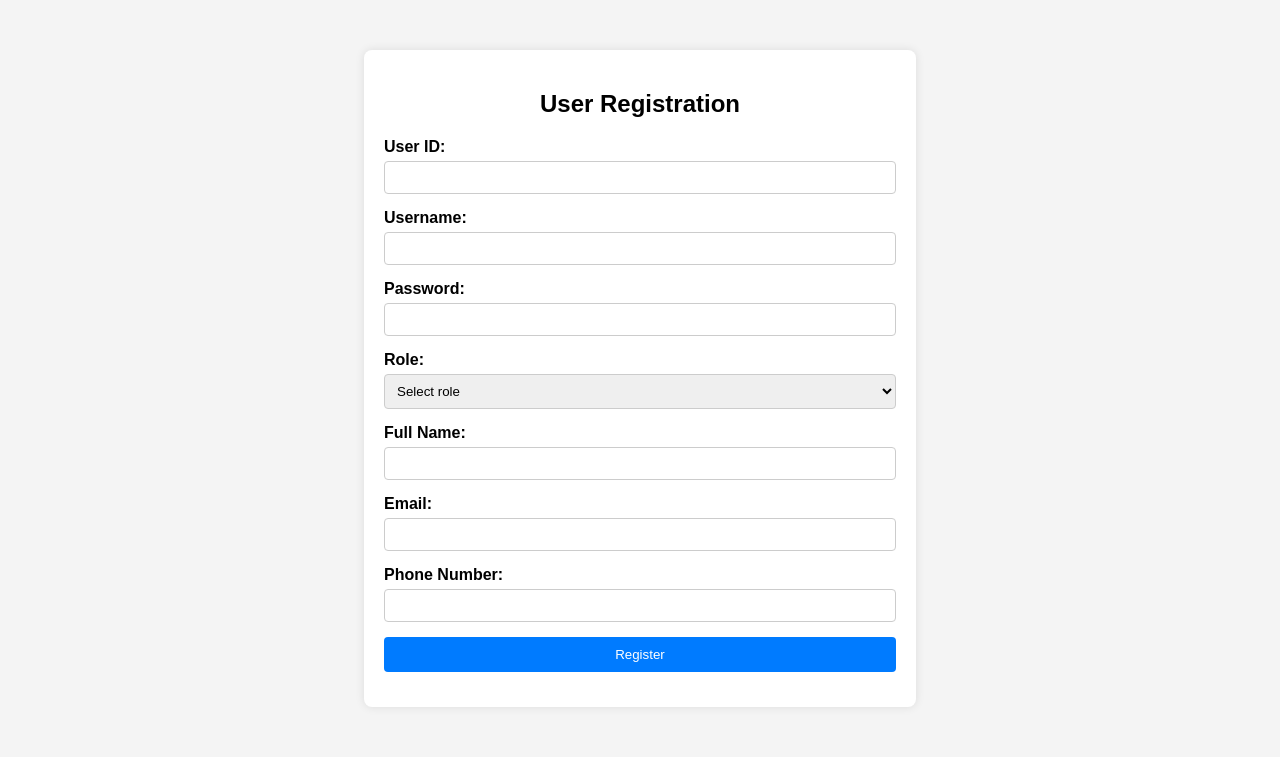
Repository: LokeshGundrathi/AssignmentLeucine
Page: AssignmentProjectLeucine/src/main/webapp/UserRegistrationForm.html
These files come from the project's save history. The page is drawn as it stood at one moment and after the next save; the edit follows.
The browser window is 1280 px wide. The pictures show the whole page.

Above is the page before, as saved 2024-09-27 14:53:46.

### AssignmentProjectLeucine/src/main/webapp/UserRegistrationForm.html
<!DOCTYPE html>
<html lang="en">
<head>
    <meta charset="UTF-8">
    <meta name="viewport" content="width=device-width, initial-scale=1.0">
    <title>User Registration Form</title>
    <style>
        body {
            font-family: Arial, sans-serif;
            background-color: #f4f4f4;
            margin: 0;
            padding: 0;
        }

        .container {
            width: 40%;
            margin: 50px auto;
            background-color: white;
            padding: 20px;
            border-radius: 8px;
            box-shadow: 0 0 10px rgba(0, 0, 0, 0.1);
        }

        h2 {
            text-align: center;
            margin-bottom: 20px;
        }

        .form-group {
            margin-bottom: 15px;
        }

        .form-group label {
            display: block;
            margin-bottom: 5px;
            font-weight: bold;
        }

        .form-group input,
        .form-group select {
            width: 100%;
            padding: 8px;
            box-sizing: border-box;
            border-radius: 4px;
            border: 1px solid #ccc;
        }

        .form-group input:focus,
        .form-group select:focus {
            border-color: #007bff;
        }

        .form-group input[type="submit"] {
            width: 100%;
            padding: 10px;
            background-color: #007bff;
            color: white;
            border: none;
            cursor: pointer;
        }

        .form-group input[type="submit"]:hover {
            background-color: #0056b3;
        }
    </style>
</head>
<body>
    <div class="container">
        <h2>User Registration</h2>
        <form action="user" method="GET">
            <div class="form-group">
                <label for="id">User ID:</label>
                <input type="text" id="id" name="id" required>
            </div>
            <div class="form-group">
                <label for="username">Username:</label>
                <input type="text" id="username" name="username" required>
            </div>
            <div class="form-group">
                <label for="password">Password:</label>
                <input type="password" id="password" name="password" required>
            </div>
            <div class="form-group">
                <label for="role">Role:</label>
                <select id="role" name="role" required>
                <option value="">Select role</option>
                    <option value="Student">Student</option>
                    <option value="FacultyMember">Faculty Member</option>
                    <option value="Administrator">Administrator</option>
                </select>
            </div>
            <div class="form-group">
                <label for="name">Full Name:</label>
                <input type="text" id="name" name="name" required>
            </div>
            <div class="form-group">
                <label for="email">Email:</label>
                <input type="email" id="email" name="email" required>
            </div>
            <div class="form-group">
                <label for="phone">Phone Number:</label>
                <input type="tel" id="phone" name="phone" required>
            </div>
            <div class="form-group">
                <input type="submit" value="Register">
            </div>
        </form>
    </div>
</body>
</html>

After the next save:
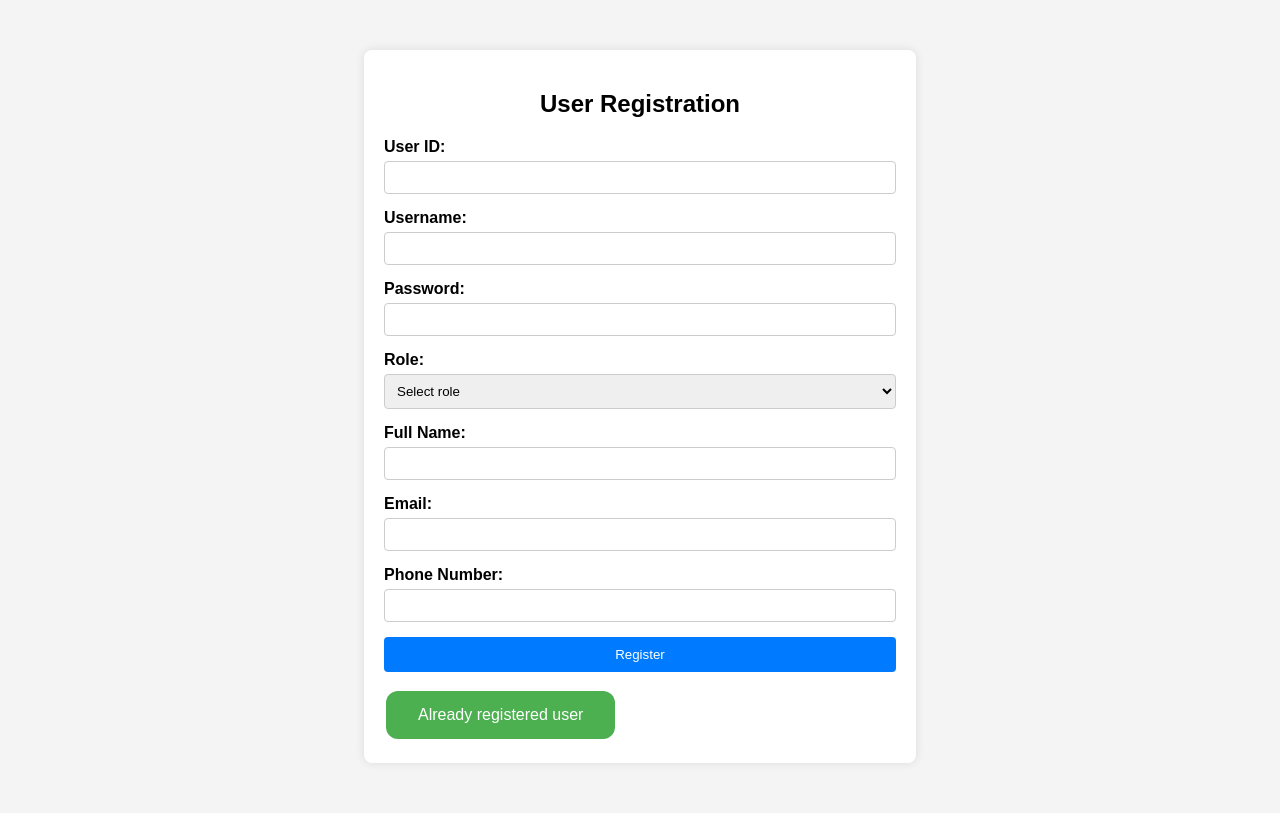
Saved 4 min 3 s later.
--- a/AssignmentProjectLeucine/src/main/webapp/UserRegistrationForm.html
+++ b/AssignmentProjectLeucine/src/main/webapp/UserRegistrationForm.html
@@ -62,7 +62,26 @@
         .form-group input[type="submit"]:hover {
             background-color: #0056b3;
         }
+
+        .button {
+            background-color: #4CAF50; /* Green background */
+            border: none; /* No border */
+            color: white; /* White text */
+            padding: 15px 32px; /* Padding around text */
+            text-align: center; /* Center text */
+            text-decoration: none; /* No underline */
+            display: inline-block; /* Inline element */
+            font-size: 16px; /* Text size */
+            margin: 4px 2px; /* Small margin */
+            cursor: pointer; /* Pointer on hover */
+            border-radius: 12px; /* Rounded corners */
+        }
+
+        .button:hover {
+            background-color: #45a049; /* Darker green on hover */
+        }
     </style>
+
 </head>
 <body>
     <div class="container">
@@ -105,6 +124,8 @@
                 <input type="submit" value="Register">
             </div>
         </form>
+        <a href="HomePage.html" class="button">Already registered user</a>
+
     </div>
 </body>
 </html>
